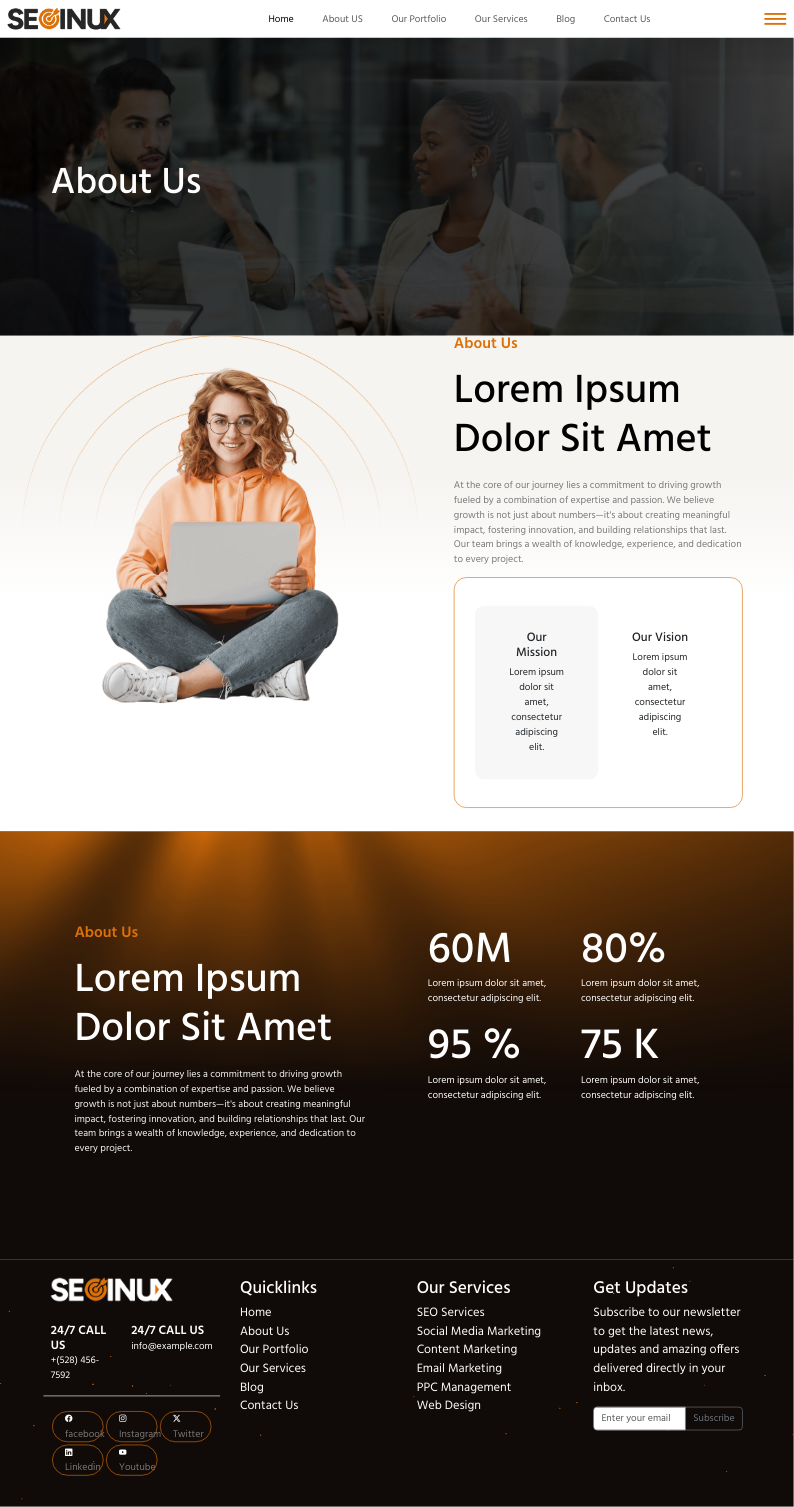
Repository: tagnam/seoinox
Page: about.html
These files come from the project's save history. The page is drawn as it stood at one moment and after the next save; the edit follows.
The browser window is 1280 px wide. The pictures show the whole page, at 62% of full size.
Backgrounds fixed to the window are drawn as part of the page.

Above is the page before, as saved 2025-02-26 10:55:32.

After the next save:
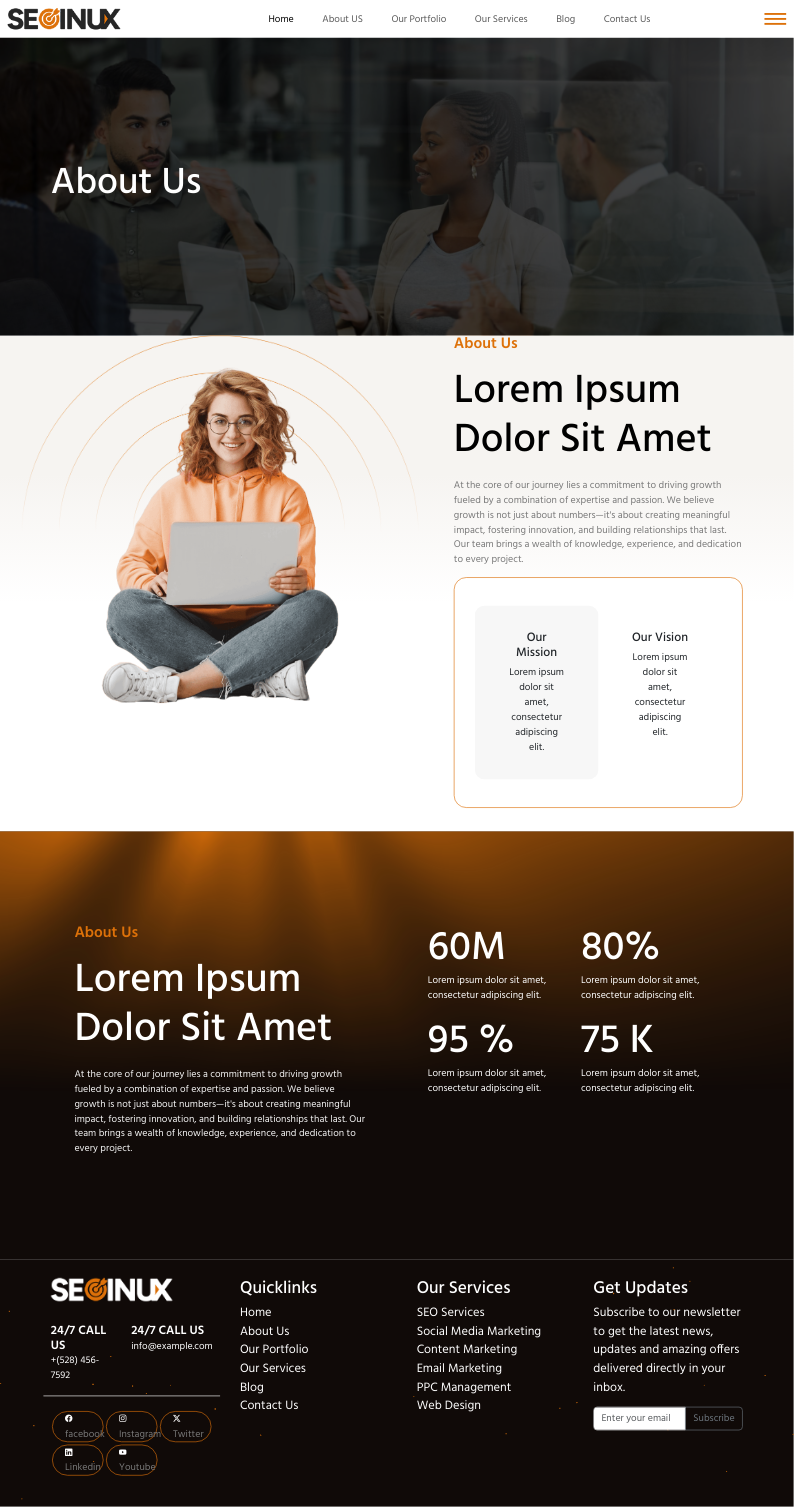
Saved 12 s later.
--- a/style/css/style.css
+++ b/style/css/style.css
@@ -505,7 +505,7 @@ div.service-card{
 }
 
 .choice-num{
-    font-size: 70px;
+    font-size: 65px;
     font-weight: 500;
     color: #ffffff;
     transition: all 0.3s;
